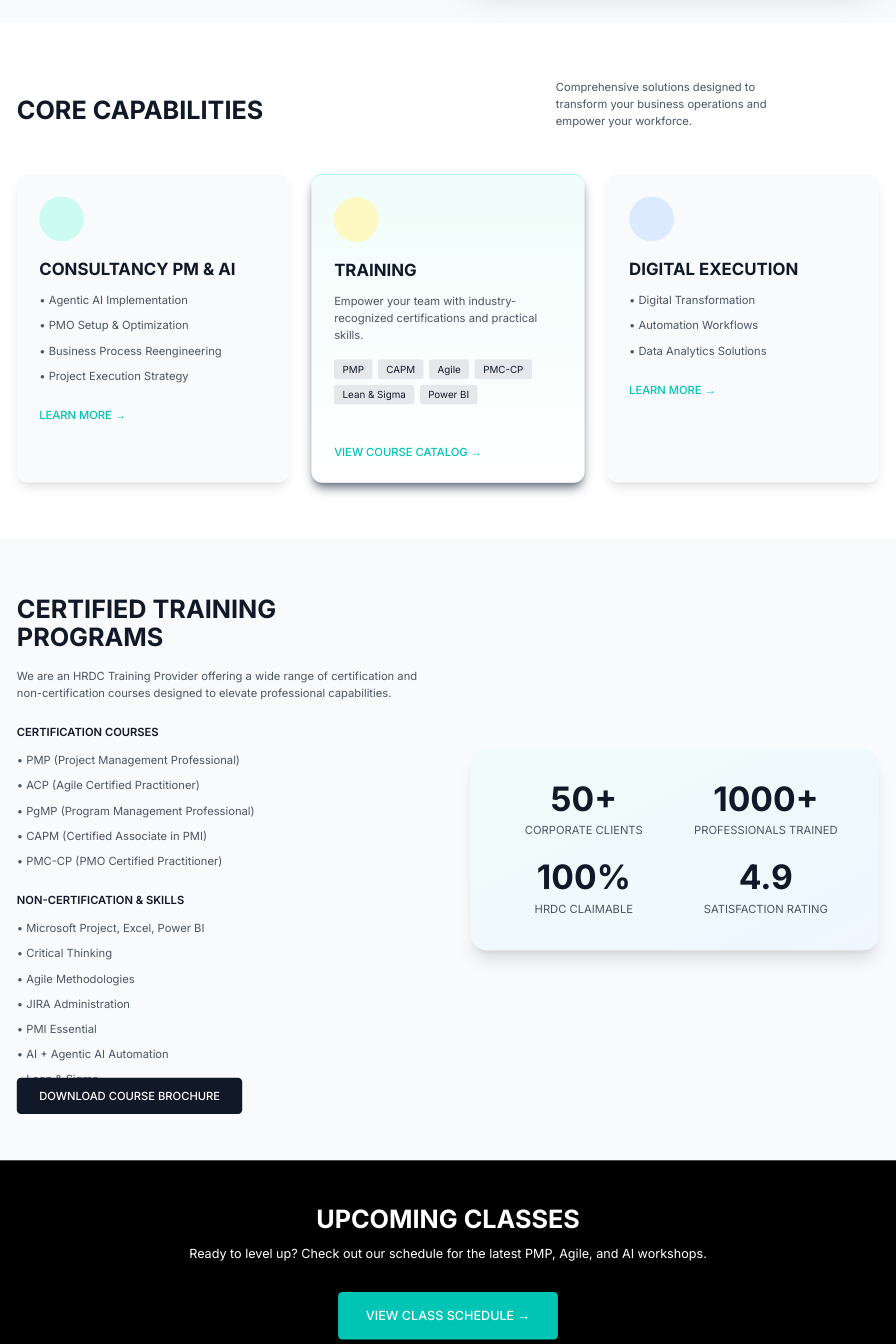
Repository: hsuntariq/web-pages
Page: impact/index.html
These files come from the project's save history. The page is drawn as it stood at one moment and after the next save; the edit follows.
The browser window is 1280 px wide. The pictures show the part of the page from y = 591 to 2511 px (the page is 4093 px tall before and 4097 px after), at 70% of full size.
Some web libraries are served in a nearby version.

Above is the page before, as saved 2025-12-28 20:25:20.

### impact/index.html
<!DOCTYPE html>
<html lang="en" class="scroll-smooth">
  <head>
    <meta charset="UTF-8" />
    <meta name="viewport" content="width=device-width, initial-scale=1.0" />
    <title>
      Impact Through Execution – HRDC Certified Training Provider Malaysia
    </title>
    <meta
      name="description"
      content="HRDC certified training provider offering PMP, CAPM, Agile, AI in PM, and digital transformation courses in Malaysia. Consultancy, corporate training, and execution solutions."
    />
    <script src="https://cdn.tailwindcss.com"></script>
    <script>
      tailwind.config = {
        theme: {
          extend: {
            colors: {
              primary: "#00C4B4", // teal for buttons
              accent: "#122F87", // dark blue for accents
            },
          },
        },
      };
    </script>
    <link
      href="https://fonts.googleapis.com/css2?family=Inter:wght@400;500;600;700;800&display=swap"
      rel="stylesheet"
    />
    <style>
      body {
        font-family: "Inter", sans-serif;
      }
    </style>
  </head>
  <body class="bg-white text-gray-900">
    <!-- Navigation -->
    <header class="fixed top-0 left-0 right-0 bg-white shadow-md z-50">
      <nav
        class="max-w-7xl mx-auto px-6 py-4 flex items-center justify-between"
      >
        <div class="text-2xl font-bold text-accent">IMPACT</div>
        <div class="hidden md:flex space-x-8 text-sm font-medium">
          <a href="#services" class="hover:text-primary transition">SERVICES</a>
          <a href="#training" class="hover:text-primary transition">TRAINING</a>
          <a href="#about" class="hover:text-primary transition">ABOUT</a>
          <a href="#contact" class="hover:text-primary transition">CONTACT</a>
        </div>
        <a
          href="#"
          class="bg-primary text-white px-6 py-3 rounded-md font-medium hover:bg-primary/90 transition"
          >GET STARTED</a
        >
      </nav>
    </header>

    <!-- Hero Section -->
    <section class="pt-24 pb-16 bg-gray-50">
      <div
        class="max-w-7xl mx-auto px-6 grid lg:grid-cols-2 gap-12 items-center"
      >
        <div>
          <img
            src="https://precisionwellness.my/wp-content/uploads/2025/06/HRDC_Claimable_Registered_Training_Provider_Logos-scaled.webp"
            alt="HRDC Certified Training Provider"
            class="h-12 mb-6"
          />
          <h1
            class="text-5xl md:text-6xl font-bold text-gray-900 leading-tight"
          >
            IMPACT<br />
            <span
              class="bg-gradient-to-r text-transparent from-teal-500 bg-clip-text to-green-400"
            >
              THROUGH
            </span>
            <br />EXECUTION
          </h1>
          <p
            class="text-lg text-gray-600 border border-l-3 border-teal-400 border-2 border-t-0 border-b-0 border-e-0 ps-5 mt-6 mb-8"
          >
            We bring value that has strong impact to the organization &
            individual through Consultancy, Training, and Digital Execution.
          </p>
          <div class="flex flex-col sm:flex-row gap-4">
            <a
              href="#"
              class="bg-primary text-white px-8 py-4 rounded-md font-medium hover:bg-primary/90 transition"
              >OUR SERVICES</a
            >
            <a
              href="#"
              class="border border-gray-900 text-gray-900 px-8 py-4 rounded-md font-medium hover:bg-gray-900 hover:text-white transition"
              >CONTACT US</a
            >
          </div>
        </div>
        <div class="relative">
          <img
            src="./hero.PNG"
            alt="Agentic AI transforming project management"
            class="rounded-2xl shadow-2xl w-full"
          />
          <!-- <div
            class="absolute top-4 right-4 bg-black text-white px-4 py-2 rounded-md text-sm font-medium"
          >
            AGENTIC AI
          </div> -->
          <!-- <div
            class="absolute bottom-4 left-4 bg-black text-white px-6 py-3 rounded-md font-medium"
          >
            PMO EXPERT<br />Delivering project delivery excellence
          </div> -->
        </div>
      </div>
    </section>

    <!-- Core Capabilities -->
    <section class="py-20 bg-white">
      <div class="max-w-7xl mx-auto px-6">
        <div
          class="grid grid-cols-1 md:grid-cols-2 justify-between items-center"
        >
          <h2 class="text-4xl font-bold text-left mb-12">CORE CAPABILITIES</h2>
          <p class="text-left text-gray-600 mb-16 w-full md:w-1/2 mx-auto">
            Comprehensive solutions designed to transform your business
            operations and empower your workforce.
          </p>
        </div>
        <div class="grid grid-cols-1 md:grid-cols-3 gap-8">
          <!-- Consultancy PM & AI -->
          <div class="bg-gray-50 rounded-2xl p-8 shadow-lg">
            <div class="bg-teal-100 w-16 h-16 rounded-full mb-6"></div>
            <h3 class="text-2xl font-bold mb-4">CONSULTANCY PM & AI</h3>
            <ul class="space-y-3 text-gray-600">
              <li>• Agentic AI Implementation</li>
              <li>• PMO Setup & Optimization</li>
              <li>• Business Process Reengineering</li>
              <li>• Project Execution Strategy</li>
            </ul>
            <a
              href="#"
              class="mt-8 inline-block text-primary font-medium hover:underline"
              >LEARN MORE →</a
            >
          </div>
          <!-- Training -->
          <div
            class="bg-gradient-to-b from-teal-50 to-white rounded-2xl shadow-2xl shadow-gray-500 border-e-0 border-s-0 border-b-0 border-3 p-8 shadow-lg border border-teal-200"
          >
            <div class="bg-yellow-100 w-16 h-16 rounded-full mb-6"></div>
            <h3 class="text-2xl font-bold mb-4">TRAINING</h3>
            <p class="text-gray-600 mb-6">
              Empower your team with industry-recognized certifications and
              practical skills.
            </p>
            <div class="flex flex-wrap gap-2 mb-6">
              <span class="bg-gray-200 px-3 py-1 rounded text-sm">PMP</span>
              <span class="bg-gray-200 px-3 py-1 rounded text-sm">CAPM</span>
              <span class="bg-gray-200 px-3 py-1 rounded text-sm">Agile</span>
              <span class="bg-gray-200 px-3 py-1 rounded text-sm">PMC-CP</span>
              <span class="bg-gray-200 px-3 py-1 rounded text-sm"
                >Lean & Sigma</span
              >
              <span class="bg-gray-200 px-3 py-1 rounded text-sm"
                >Power BI</span
              >
            </div>
            <a
              href="#"
              class="mt-8 inline-block text-primary font-medium hover:underline"
              >VIEW COURSE CATALOG →</a
            >
          </div>
          <!-- Digital Execution -->
          <div class="bg-gray-50 rounded-2xl p-8 shadow-lg">
            <div class="bg-blue-100 w-16 h-16 rounded-full mb-6"></div>
            <h3 class="text-2xl font-bold mb-4">DIGITAL EXECUTION</h3>
            <ul class="space-y-3 text-gray-600">
              <li>• Digital Transformation</li>
              <li>• Automation Workflows</li>
              <li>• Data Analytics Solutions</li>
            </ul>
            <a
              href="#"
              class="mt-8 inline-block text-primary font-medium hover:underline"
              >LEARN MORE →</a
            >
          </div>
        </div>
      </div>
    </section>

    <!-- Certified Training Programs -->
    <section class="py-20 bg-gray-50">
      <div
        class="max-w-7xl mx-auto px-6 grid lg:grid-cols-2 gap-16 items-center"
      >
        <div>
          <h2 class="text-4xl font-bold mb-6">CERTIFIED TRAINING PROGRAMS</h2>
          <p class="text-gray-600 mb-8">
            We are an HRDC Training Provider offering a wide range of
            certification and non-certification courses designed to elevate
            professional capabilities.
          </p>
          <div class="space-y-8">
            <div>
              <h4 class="font-semibold mb-4">CERTIFICATION COURSES</h4>
              <ul class="space-y-3 text-gray-600">
                <li>• PMP (Project Management Professional)</li>
                <li>• ACP (Agile Certified Practitioner)</li>
                <li>• PgMP (Program Management Professional)</li>
                <li>• CAPM (Certified Associate in PMI)</li>
                <li>• PMC-CP (PMO Certified Practitioner)</li>
              </ul>
            </div>
            <div>
              <h4 class="font-semibold mb-4">NON-CERTIFICATION & SKILLS</h4>
              <ul class="space-y-3 text-gray-600">
                <li>• Microsoft Project, Excel, Power BI</li>
                <li>• Critical Thinking</li>
                <li>• Agile Methodologies</li>
                <li>• JIRA Administration</li>
                <li>• PMI Essential</li>
                <li>• AI + Agentic AI Automation</li>
                <li>• Lean & Sigma</li>
              </ul>
            </div>
            <a
              href="#"
              class="bg-gray-900 text-white px-8 py-4 rounded-md font-medium hover:bg-gray-800 transition"
              >DOWNLOAD COURSE BROCHURE</a
            >
          </div>
        </div>
        <div
          class="bg-gradient-to-br from-teal-50 to-blue-50 rounded-3xl p-12 shadow-xl"
        >
          <div class="grid grid-cols-2 gap-8 text-center">
            <div>
              <div class="text-5xl font-bold text-gray-900">50+</div>
              <p class="text-gray-600 mt-2">CORPORATE CLIENTS</p>
            </div>
            <div>
              <div class="text-5xl font-bold text-gray-900">1000+</div>
              <p class="text-gray-600 mt-2">PROFESSIONALS TRAINED</p>
            </div>
            <div>
              <div class="text-5xl font-bold text-gray-900">100%</div>
              <p class="text-gray-600 mt-2">HRDC CLAIMABLE</p>
            </div>
            <div>
              <div class="text-5xl font-bold text-gray-900">4.9</div>
              <p class="text-gray-600 mt-2">SATISFACTION RATING</p>
            </div>
          </div>
        </div>
      </div>
    </section>

    <!-- Upcoming Classes -->
    <section class="py-16 bg-black text-white text-center">
      <div class="max-w-7xl mx-auto px-6">
        <h2 class="text-4xl font-bold mb-4">UPCOMING CLASSES</h2>
        <p class="text-lg mb-10">
          Ready to level up? Check out our schedule for the latest PMP, Agile,
          and AI workshops.
        </p>
        <a
          href="#"
          class="bg-primary text-white px-10 py-5 rounded-md text-lg font-medium hover:bg-primary/90 transition inline-block"
          >VIEW CLASS SCHEDULE →</a
        >
      </div>
    </section>

    <!-- Double Impact Advantage -->
    <section class="py-20 bg-white">
      <div class="max-w-7xl mx-auto px-6">
        <h2 class="text-4xl font-bold text-center mb-12">
          THE DOUBLE IMPACT ADVANTAGE
        </h2>
        <p class="text-center text-gray-600 mb-16 max-w-3xl mx-auto">
          We don’t just teach; we ensure transformation. Our unique methodology
          guarantees results for both the individual and the organization.
        </p>
        <div class="grid lg:grid-cols-2 gap-12 items-center">
          <div class="space-y-12">
            <div class="flex gap-6">
              <div
                class="bg-teal-100 w-16 h-16 rounded-full flex-shrink-0"
              ></div>
              <div>
                <h4 class="font-bold text-xl">AI STUDY COMPANION</h4>
                <p class="text-gray-600">
                  Learning doesn’t stop when the class ends. Our Custom AI tutor
                  helps students study after sessions, reinforcing concepts and
                  answering questions 24/7.
                </p>
              </div>
            </div>
            <div class="flex gap-6">
              <div
                class="bg-teal-100 w-16 h-16 rounded-full flex-shrink-0"
              ></div>
              <div>
                <h4 class="font-bold text-xl">POST-CLASS COACHING</h4>
                <p class="text-gray-600">
                  We provide dedicated coaching sessions to ensure knowledge is
                  applied correctly in the real world, maximizing the ROI for
                  the organization.
                </p>
              </div>
            </div>
            <div class="flex gap-6">
              <div
                class="bg-teal-100 w-16 h-16 rounded-full flex-shrink-0"
              ></div>
              <div>
                <h4 class="font-bold text-xl">DOUBLE THE IMPACT</h4>
                <p class="text-gray-600">
                  By combining cutting-edge tech with human mentorship, we
                  deliver exponential growth. Better skills for the employee,
                  better results for the company.
                </p>
              </div>
            </div>
          </div>
          <div class="relative">
            <div class="bg-gray-900 rounded-3xl p-12 shadow-2xl text-white">
              <div class="flex justify-between items-start mb-8">
                <div class="text-4xl font-bold">100% Success</div>
                <div class="text-yellow-400">★★★★★</div>
              </div>
              <p class="text-2xl font-bold mb-6">PMP Certificate Holder Rate</p>
              <blockquote class="text-lg italic mb-8">
                “I was worried about the PMP exam, but the AI tutor made it a
                breeze! It was actually... fun?”
              </blockquote>
              <p class="font-medium">— John S.</p>
              <blockquote class="text-lg italic mt-8 mb-8">
                “The only thing agile about me before this was how fast I ran
                away from spreadsheets. Now I'm a pro!”
              </blockquote>
              <p class="font-medium">— Amanda L.</p>
              <a
                href="#"
                class="mt-10 inline-block text-primary font-medium hover:underline"
                >SEE MORE SUCCESS STORIES →</a
              >
            </div>
          </div>
        </div>
      </div>
    </section>

    <!-- CTA -->
    <section
      class="py-20"
      style="
        background-image: url('https://thumbs.dreamstime.com/b/creative-glowing-blue-forex-chart-wallpaper-grid-invest-finance-concept-stock-market-chart-business-graph-background-159151545.jpg');
        background-size: cover;
        background-position: center;
      "
    >
      <div class="max-w-7xl mx-auto px-6 text-center text-white">
        <h2 class="text-5xl font-bold mb-6">READY TO MAKE AN IMPACT?</h2>
        <p class="text-xl mb-12">
          Let’s discuss how our consultancy and training solutions can drive
          your organization forward.
        </p>
        <div class="flex flex-col sm:flex-row gap-6 justify-center">
          <a
            href="#"
            class="bg-primary text-white px-10 py-5 rounded-md text-lg font-medium hover:bg-primary/90 transition"
            >GET IN TOUCH</a
          >
          <a
            href="#"
            class="border-2 border-white text-white px-10 py-5 rounded-md text-lg font-medium hover:bg-white hover:text-black transition"
            >VIEW CASE STUDIES</a
          >
        </div>
      </div>
    </section>

    <!-- Footer -->
    <footer class="bg-black text-white py-12">
      <div class="max-w-7xl mx-auto px-6 grid md:grid-cols-4 gap-8">
        <div>
          <div class="text-3xl font-bold mb-4">IMPACT</div>
          <p class="text-sm text-gray-400">
            We bring value that has strong impact to the organization &
            individual through Consultancy, Training, and Digital Execution.
          </p>
        </div>
        <div>
          <h4 class="font-bold mb-4">SERVICES</h4>
          <ul class="space-y-2 text-sm text-gray-400">
            <li>Consultancy PM & AI</li>
            <li>Corporate Training</li>
            <li>Digital Execution</li>
            <li>Business Process Reengineering</li>
          </ul>
        </div>
        <div>
          <h4 class="font-bold mb-4">COMPANY</h4>
          <ul class="space-y-2 text-sm text-gray-400">
            <li>About Us</li>
            <li>Contact</li>
            <li>Careers</li>
            <li>Privacy Policy</li>
          </ul>
        </div>
        <div class="text-right">
          <p class="text-sm text-gray-400">
            © 2025 Impact. All rights reserved.
          </p>
          <p class="text-xs text-gray-500 mt-4">
            HRDC Training Provider Certified
          </p>
        </div>
      </div>
    </footer>
  </body>
</html>

After the next save:
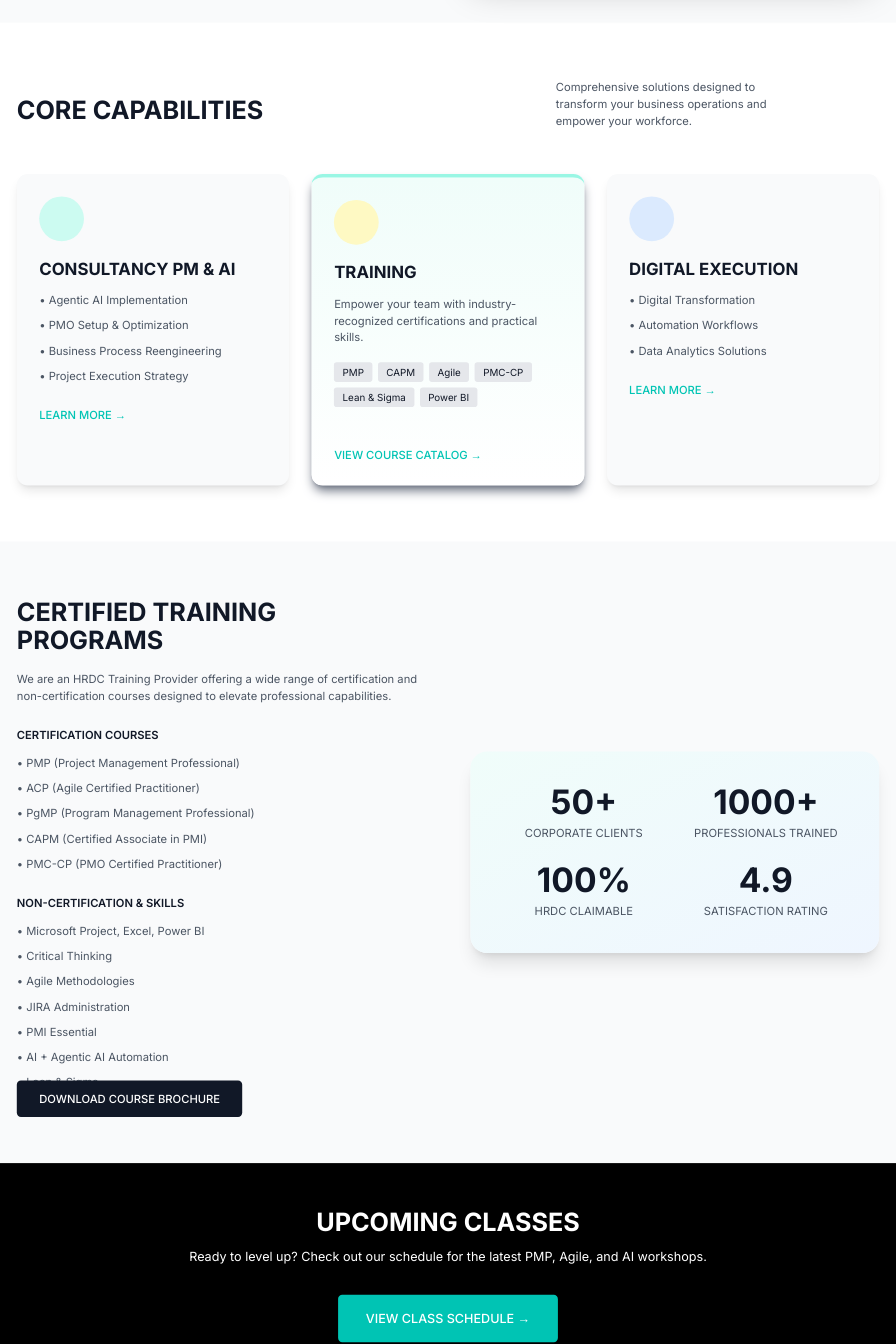
Saved 7 s later.
--- a/impact/index.html
+++ b/impact/index.html
@@ -146,7 +146,7 @@
           </div>
           <!-- Training -->
           <div
-            class="bg-gradient-to-b from-teal-50 to-white rounded-2xl shadow-2xl shadow-gray-500 border-e-0 border-s-0 border-b-0 border-3 p-8 shadow-lg border border-teal-200"
+            class="bg-gradient-to-b from-teal-50 to-white rounded-2xl shadow-2xl shadow-gray-500 border-e-0 border-s-0 border-b-0 border-[5px] p-8 shadow-lg border border-teal-200"
           >
             <div class="bg-yellow-100 w-16 h-16 rounded-full mb-6"></div>
             <h3 class="text-2xl font-bold mb-4">TRAINING</h3>
